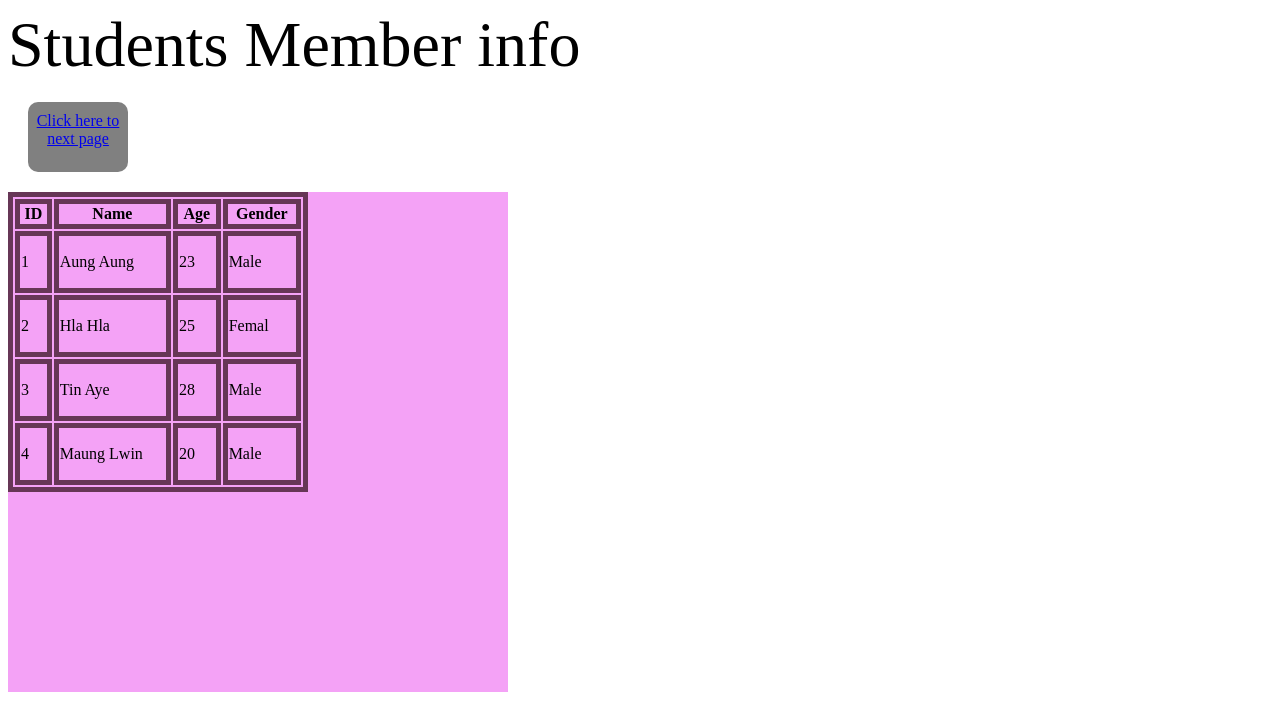
Repository: ThantLwinSoe/Servlet
Page: 01-Communication/src/main/webapp/index.html
An editor plug-in stored every save of this project. The page is shown before and after the next save, followed by the edit.
The browser window is 1280 px wide. The pictures show the whole page.

Above is the page before, as saved 2023-02-07 03:13:35.

### 01-Communication/src/main/webapp/index.html
<!DOCTYPE html>
<html>
<head>
<meta charset="UTF-8">
<style>
h {
	font-size: 4em;
}
.d_link {

	margin: 20px;
	padding-top: 10px;
	width: 100px;
	height: 60px;
	border-radius: 10px;
	background: gray;
	text-align: center;
}
.st_info {
	margin-top: 20px;
	width: 500px;
	height: 500px;
	background: #F4A2F6;
}
.table_one,th,td {
	border: 5px solid #663656;

}
.table_one {

	width: 300px;
	height: 300px;
}
</style>
<title>Servlet Communication</title>
</head>
<body>
	<h>Students Member info</h>
	<div class="d_link">
		<a href="hello">Click here to next page</a>
	</div>
	<div class="st_info">
		<table class="table_one" >
			<thead>
				<tr>
					<th>ID</th>
					<th>Name</th>
					<th>Age</th>
					<th>Gender</th>
				</tr>
			</thead>
			<tbody>
				<tr>
					<td>1</td>
					<td>Aung Aung</td>
					<td>23</td>
					<td>Male</td>
				</tr>
				<tr>
					<td>2</td>
					<td>Hla Hla</td>
					<td>25</td>
					<td>Femal</td>
				</tr>
				<tr>
					<td>3</td>
					<td>Tin Aye</td>
					<td>28</td>
					<td>Male</td>
				</tr>
				<tr>
					<td>4</td>
					<td>Maung Lwin</td>
					<td>20</td>
					<td>Male</td>
				</tr>
			</tbody>
		</table>
	</div>
</body>
</html>

After the next save:
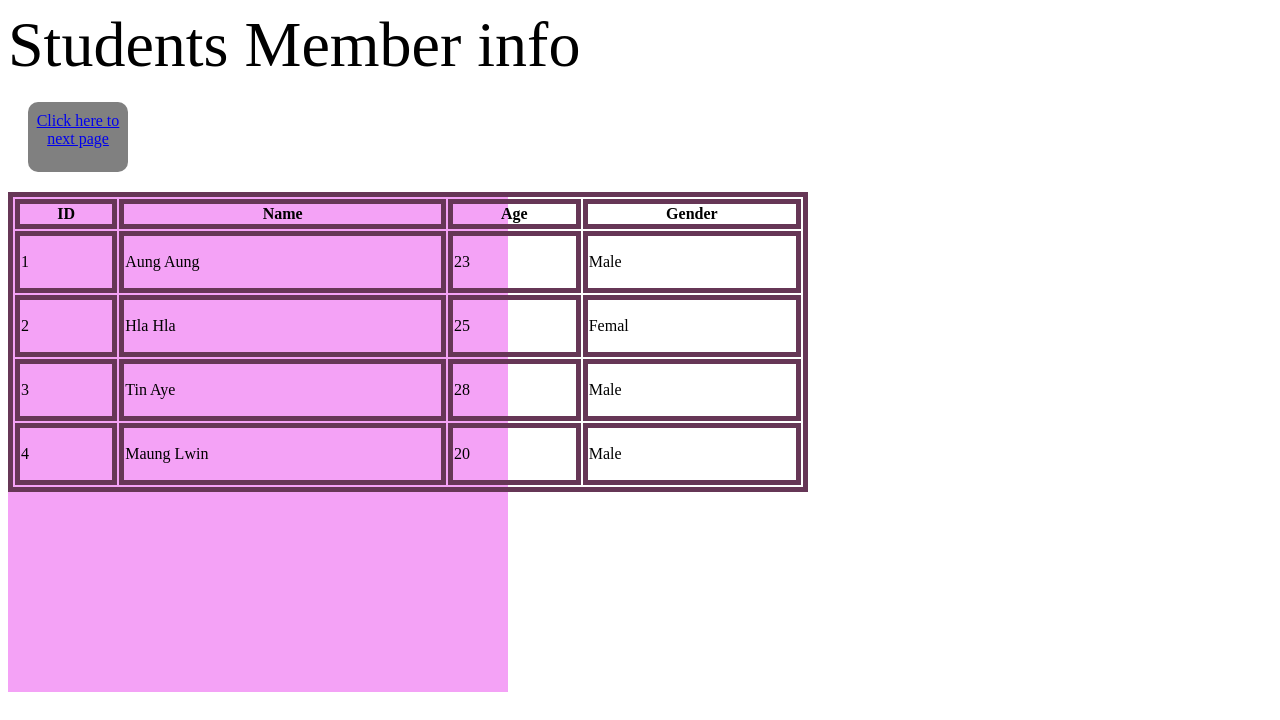
Saved 10 s later.
--- a/01-Communication/src/main/webapp/index.html
+++ b/01-Communication/src/main/webapp/index.html
@@ -28,7 +28,7 @@ h {
 }
 .table_one {
 
-	width: 300px;
+	width: 800px;
 	height: 300px;
 }
 </style>
